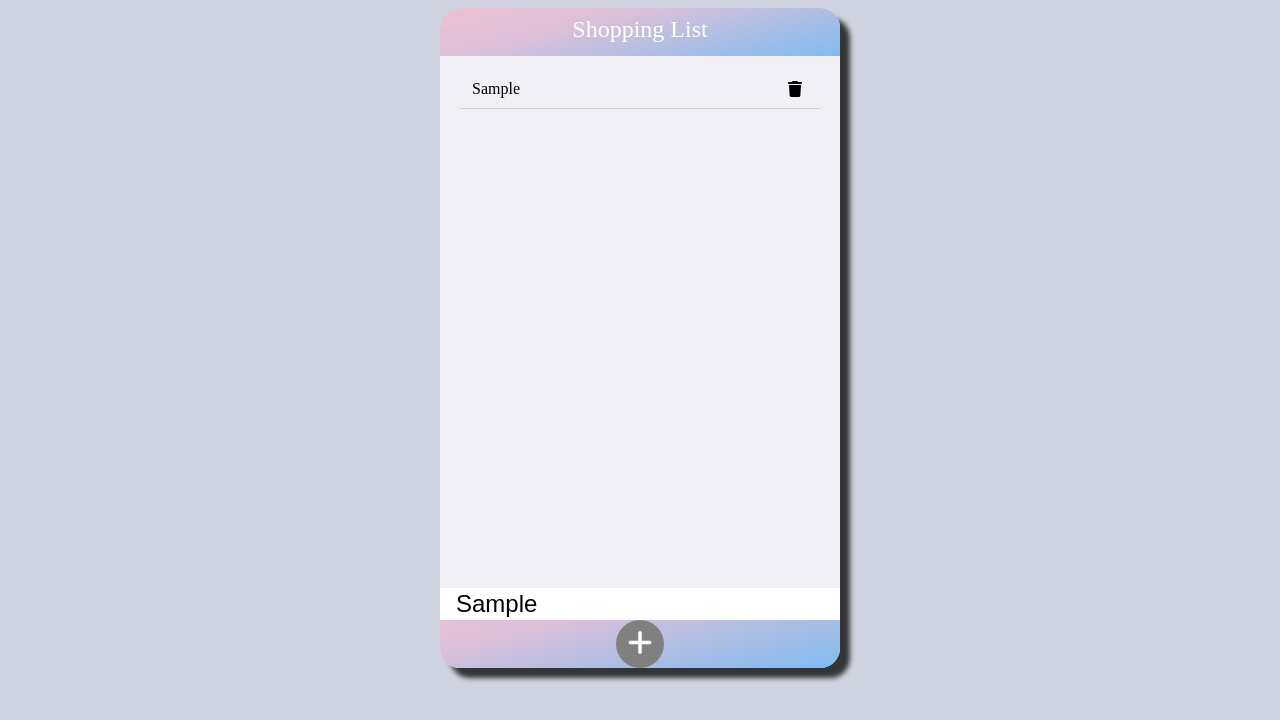
Repository: ggandory/browser101
Page: chapter5/index.html
The author's editor kept a copy of each file at every save. The page is drawn from the files as they stood at one save, then again after the next save.
The browser window is 1280 px wide. The pictures show the whole page.
Empty fields were first filled with sample values (such as "Sample", 5 or name@example.com).
After loading, the first visible `button.footer_button` was clicked once.
Some web libraries are served in a nearby version.

Above is the page before, as saved 2024-04-16 21:17:48.
Console error: TypeError: item.scrollIntoView is not a function

After the next save:
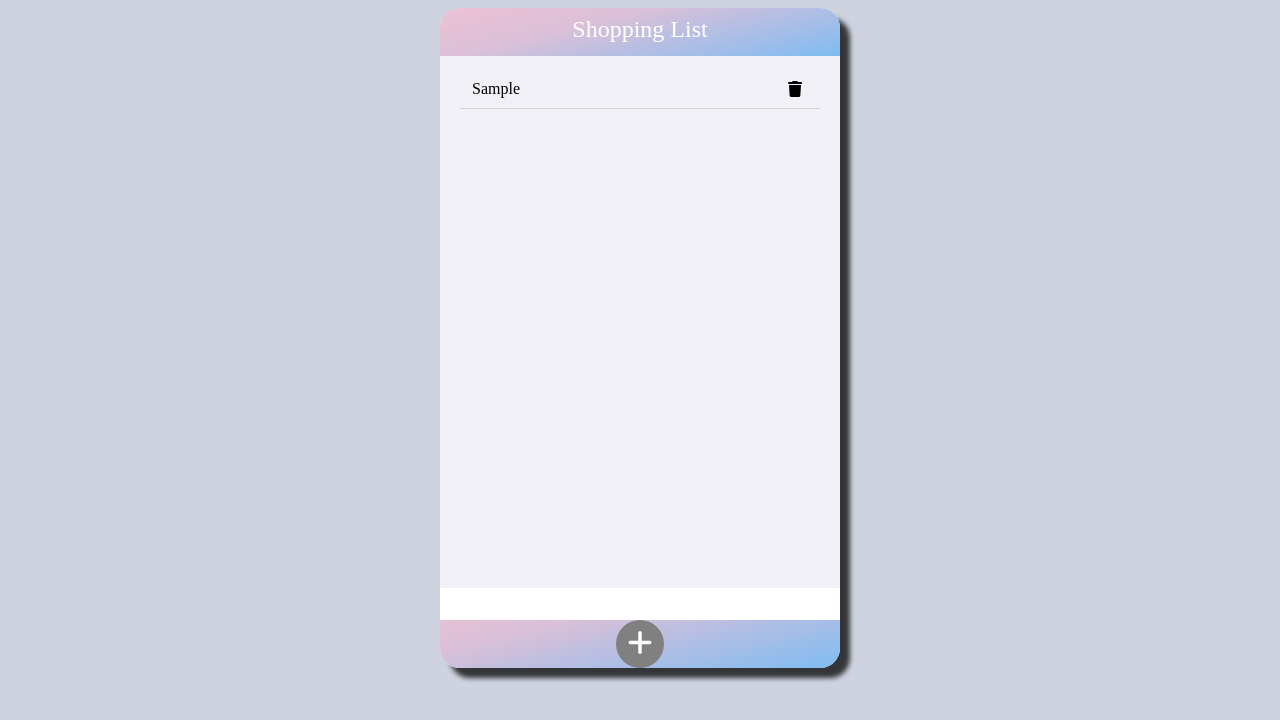
The error is gone.
Saved 52 s later.
--- a/chapter5/main.js
+++ b/chapter5/main.js
@@ -16,7 +16,7 @@ function onAdd() {
   const item = createItem(text);
 
   //3. items 컨테이너 안에 새로 만든 아이템을 추가한다.
-  items.innerHTML = item;
+  items.appendChild(item);
 
   //3.5 새로 추가된 아이템으로 스크롤링
   item.scrollIntoView({ block: "center" });
@@ -26,42 +26,32 @@ function onAdd() {
 }
 //다른 함수에서 선언한 변수를 다른함수에서도 그냥 가져오는게 가능한지 헷갈림(전역변수 처리되나?)
 function createItem(text) {
-  // const itemRow = document.createElement("li");
-  // itemRow.setAttribute("class", "item_row");
-  // const item = document.createElement("div");
-  // item.setAttribute("class", "item");
-  // const name = document.createElement("span");
-  // name.setAttribute("class", "item_name");
-  // name.innerText = text;
+  const itemRow = document.createElement("li");
+  itemRow.setAttribute("class", "item_row");
+  const item = document.createElement("div");
+  item.setAttribute("class", "item");
+  const name = document.createElement("span");
+  name.setAttribute("class", "item_name");
+  name.innerText = text;
 
-  const htmlObj = ` <li class="item_row">
-  <div class="item">
-    <span class="item_name">${text}</span>
-    <button class="item_delete">
-      <i class="fa-solid fa-trash"></i>
-    </button>
-  </div>
-  <div class="item_divider"></div>
-</li>`;
+  const deleteBtn = document.createElement("button");
+  deleteBtn.setAttribute("class", "item_delete");
+  deleteBtn.innerHTML = '<i class="fa-solid fa-trash"></i>';
+  deleteBtn.addEventListener("click", () => {
+    items.removeChild(itemRow);
+  });
 
-  // const deleteBtn = document.createElement("button");
-  // deleteBtn.setAttribute("class", "item_delete");
-  // deleteBtn.innerHTML = '<i class="fa-solid fa-trash"></i>';
-  // deleteBtn.addEventListener("click", () => {
-  //   items.removeChild(itemRow);
-  // });
+  const itemDivider = document.createElement("div");
+  itemDivider.setAttribute("class", "item_divider");
+  //여기서 name이후로 appendChild를 하는거지? 위에 이미 있는데?createElement는 그냥 노드만 만는건가?
+  //itemRow는 왜 appendChild안하는거지? 그리고 item은 왜 deleteBtn아래에서 하는거임?
+  item.appendChild(name);
+  item.appendChild(deleteBtn);
 
-  // const itemDivider = document.createElement("div");
-  // itemDivider.setAttribute("class", "item_divider");
-  // //여기서 name이후로 appendChild를 하는거지? 위에 이미 있는데?createElement는 그냥 노드만 만는건가?
-  // //itemRow는 왜 appendChild안하는거지? 그리고 item은 왜 deleteBtn아래에서 하는거임?
-  // item.appendChild(name);
-  // item.appendChild(deleteBtn);
-
-  // itemRow.appendChild(item);
-  // itemRow.appendChild(itemDivider);
+  itemRow.appendChild(item);
+  itemRow.appendChild(itemDivider);
   //이거는 왜 리턴함?
-  return htmlObj;
+  return itemRow;
 }
 //버튼을 눌러서 추가를 한다.
 addBtn.addEventListener("click", () => {
